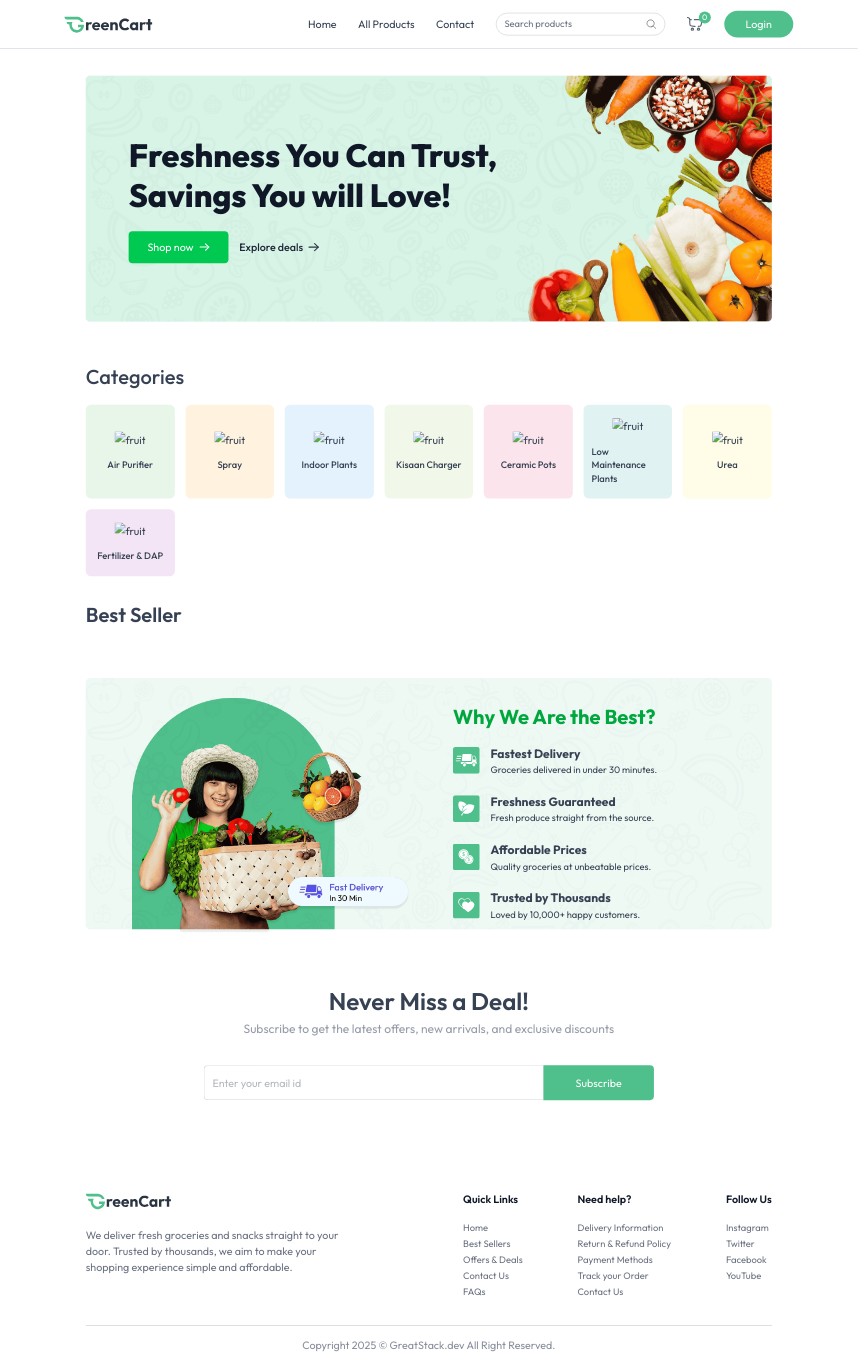
Repository: deepak445566/agro
Page: / (app in client/)
These files come from the project's save history. The page is drawn as it stood at one moment and after the next save; the edit follows.
The browser window is 1280 px wide. The pictures show the whole page, at 67% of full size.
The page's requests for data from a server got no answer. Some web fonts or font styles are not loaded; a fallback is used. The project was rebuilt for these pictures with package versions that can differ from the ones it lists, and the page was loaded fresh each time. No one was signed in, and anything a server would have sent is missing. Also part of the build but not shown: client/vite.config.js, client/src/components/ProductCard.jsx, client/src/components/Login.jsx, client/src/pages/AllProduct.jsx, client/src/pages/Productcato.jsx, client/src/pages/ProductDetail.jsx, client/src/pages/Cart.jsx, client/src/components/Addaddress.jsx and 7 more.

Above is the page before, as saved 2025-12-14 14:16:56.

### client/index.html
<!doctype html>
<html lang="en">
  <head>
    <meta charset="UTF-8" />
    <link rel="icon" type="image/svg+xml" href="/favicon.svg" />
    <meta name="viewport" content="width=device-width, initial-scale=1.0" />
    <title>Grocery</title>
  </head>
  <body>
    <div id="root"></div>
    <script type="module" src="/src/main.jsx"></script>
  </body>
</html>

### client/src/main.jsx
import { StrictMode } from 'react'
import { createRoot } from 'react-dom/client'
import './index.css'
import App from './App.jsx'
import {BrowserRouter} from 'react-router-dom'
import { AppContextProvider } from './context/AppContext.jsx'


createRoot(document.getElementById('root')).render(
  <BrowserRouter>
  <AppContextProvider>
    <App />
    </AppContextProvider>
 </BrowserRouter>,
)

### client/src/index.css



@import url('https://fonts.googleapis.com/css2?family=Anton&family=Archivo+Black&family=Bebas+Neue&family=Bungee&family=Exo+2:ital,wght@0,100..900;1,100..900&family=Frijole&family=Kaushan+Script&family=Lilita+One&family=Mozilla+Headline:wght@200..700&family=Outfit:wght@100..900&family=Poppins:ital,wght@0,100;0,200;0,300;0,400;0,500;0,600;0,700;0,800;0,900;1,100;1,200;1,300;1,500;1,600;1,700;1,800;1,900&family=Rowdies:wght@300;400;700&family=Signika+Negative:wght@300..700&display=swap');

@import "tailwindcss";

*{
  font-family: "Outfit", sans-serif;
}
@theme {
  --color-primary:#4fbf8b;
  --color-primary-dull: #44ae7c;
}

### client/src/App.jsx
import React from 'react'
import Navbar from './components/Navbar'
import Home from './pages/Home'
import { Route, Routes, useLocation } from 'react-router-dom'
import { Toaster } from 'react-hot-toast';
import Footer from './components/Footer';
import { useAppContext } from './context/AppContext';
import Login from './components/Login';
import AllProduct from './pages/AllProduct';
import Productcato from './pages/Productcato';
import ProductDetail from './pages/ProductDetail';
import Cart from './pages/Cart';
import Addaddress from './components/Addaddress';
import Myorders from './pages/Myorders';
import SellerLogin from './components/seller/SellerLogin';
import SellerLayout from './pages/seller/SellerLayout';
import Addproduct from './pages/seller/Addproduct';
import ProductList from './pages/seller/ProductList';
import Order from './pages/seller/Order';
import Loading from './components/Loading';

function App() {

  const isSellerPath = useLocation().pathname.includes("seller");
const {showLogin,isSeller} =useAppContext();


  return (
  <>
  <div className='text-default min-h-screen text-gray-700 bg-white'>
{isSellerPath ? null : <Navbar/>}
{showLogin ? <Login/> : null}
<Toaster></Toaster>
<div className={` ${isSellerPath ? " ":"px-6 md:px-16 lg:px-24 xl:px-32" }`}>
  <Routes>
    <Route path='/' element={<Home/>}/>
    <Route path='/products' element={<AllProduct/>}/>
    <Route path='/products/:category' element={<Productcato/>}/>
    <Route path='/products/:category/:id' element={<ProductDetail/>}/>
  <Route path='/cart' element={<Cart/>}/>
  <Route path='/add-address' element={<Addaddress/>}/>
  <Route path='/myOrders' element={<Myorders/>}/>
<Route path="/loader" element={<Loading/>}/>



  <Route path='/seller' element={isSeller?<SellerLayout/> :<SellerLogin/>}>
  <Route index element={isSeller?<Addproduct/>:null} />
<Route path='product-list' element={isSeller?<ProductList/>:null} />
<Route path='orders' element={<Order/>}/>



  </Route>


  </Routes>
</div>
 {!isSellerPath && <Footer />}
</div>
  </>
  )
}

export default App

### client/src/context/AppContext.jsx
import { createContext, useContext, useEffect, useState } from "react";
import { useNavigate } from "react-router-dom";

import toast from "react-hot-toast";
import axios from "axios";


axios.defaults.withCredentials = true;
axios.defaults.baseURL = import.meta.env.VITE_BACKEND_URL;






export const AppContext = createContext();

export const AppContextProvider = ({ children }) => {
  const navigate = useNavigate();

  const [user, setUser] = useState(null);
  const [isSeller, setIsSeller] = useState(false);
  const [showLogin, setShowLogin] = useState(false);
  const [products, setProducts] = useState([]);
  const [cartItems, setCartItems] = useState({});
  const [search, setSearch] = useState({});

  //status//
  const fetchSeller = async () =>{
    try {
      const {data} = await axios.get("/api/seller/isauth");
      if(data.success){
        setIsSeller(true);
      }
      else{
        setIsSeller(false);
      }
    } catch (error) {
      setIsSeller(false);
    }
  }



  const fetchUser = async ()=>{
    try {
      const {data} = await axios.get('/api/user/isauth');
      if(data.success){
        setUser(data.user)
        setCartItems(data.user.cartItems)

      }
    } catch (error) {
      setUser(null)
    }
  }


  // Fetch products
  const fetchProducts = async () => {
   try{
const {data} = await axios.get("/api/product/list")
if(data.success){
  setProducts(data.products)
}else{
  toast.error(data.message)
}
   }catch(error){
toast.error(error.message)
   }
  };

  // Add to cart
  const addToCart = (itemId) => {
    let cartData = structuredClone(cartItems);
    if (cartData[itemId]) {
      cartData[itemId] += 1;
    } else {
      cartData[itemId] = 1;
    }
    setCartItems(cartData);
    console.log(cartItems);
    toast.success("Added to Cart");
  };

  // Update cart quantity
  const updateCart = (itemId, quantity) => {
    let cartData = structuredClone(cartItems);
    if (quantity <= 0) {
      delete cartData[itemId];
    } else {
      cartData[itemId] = quantity;
    }
    setCartItems(cartData);
  };

  // Remove product from cart completely
  const removeFromCart = (itemId) => {
    let cartData = structuredClone(cartItems);
    if (cartData[itemId]) {
      delete cartData[itemId];
      setCartItems(cartData);
      toast.success("Removed from Cart");
    }
  };

  const getcount = () => {
    let totalcount = 0;
    for (const item in cartItems) {
      totalcount += cartItems[item];
    }
    return totalcount;
  };

  const gettotal = () => {
    let totalAmount = 0;
    for (const itemId in cartItems) {
      let itemInfo = products.find((pro) => pro._id === itemId);
      if (itemInfo && cartItems[itemId] > 0) {
        totalAmount += itemInfo.offerPrice * cartItems[itemId]; // ✅ fixed property name
      }
    }
    return Math.floor(totalAmount * 100) / 100;
  };

  useEffect(() => {
    fetchSeller()
    fetchUser()
    fetchProducts()
  }, []);
//databasecrt items//
useEffect(()=>{
const updateCart = async () => {
  try {
    const { data } = await axios.post('/api/cart/update', {
      userId: user._id,   // make sure user object has _id
      cartItems
    });
    if (!data.success) {
      toast.error(data.message);
    }
  } catch (error) {
    toast.error(error.message);
  }
};

if(user){
  updateCart()
}


},[cartItems])



  const value = {
    navigate,
    user,
    setUser,
    isSeller,
    setIsSeller,
    showLogin,
    setShowLogin,
    products,
    addToCart,
    updateCart,
    removeFromCart, // ⬅ new function
    cartItems,
    search,
    setSearch,
    getcount,
    gettotal,
    axios,
    fetchProducts,
    setCartItems
  };

  return <AppContext.Provider value={value}>{children}</AppContext.Provider>;
};

// Custom hook
export const useAppContext = () => {
  return useContext(AppContext);
};

### client/src/components/Navbar.jsx
import React, { useEffect } from 'react'
import { NavLink } from 'react-router-dom'
import { assets } from '../assets/assets'
import { useAppContext } from '../context/AppContext'
import toast from 'react-hot-toast'
function Navbar() {
     const [open, setOpen] = React.useState(false)
     const {user,setUser,setShowLogin,navigate,setSearch,search,getcount,axios}= useAppContext();

     useEffect(()=>{
if(search.length>0){
  navigate("/products")
}
     },[search])


     const Logout=async()=>{

      try{
const {data} = await axios.get("/api/user/logout")
if(data.success){
  toast.success(data.message)
     setUser(null);
      navigate('/')
}else{
  toast.error(data.message)
}
      }catch(error){
toast.error(error.message)
      }

     }
  return (
  <>
 <nav className="flex items-center justify-between px-6 md:px-16 lg:px-24  py-4 border-b border-gray-300 bg-white relative transition-all z-40">

          <NavLink to='/' onClick={()=>setOpen(false)}>
            <img src={assets.logo}/>
          </NavLink>

            {/* Desktop Menu */}
            <div className="hidden sm:flex items-center gap-8">
              <NavLink to="/">Home</NavLink>
                <NavLink to="/products">All Products</NavLink>
                  <NavLink to="/">Contact</NavLink>

                <div className="hidden lg:flex items-center text-sm gap-2 border border-gray-300 px-3 rounded-full">
                    <input onChange={(e)=>setSearch(e.target.value)} className="py-1.5 w-full bg-transparent outline-none placeholder-gray-500" type="text" placeholder="Search products" />
                   <img src={assets.search_icon} className='w-4 h-4'/>
                </div>

                <div onClick={()=>navigate("/cart")} className="relative cursor-pointer ">
                   <img src={assets.nav_cart_icon} className='w-6 opacity-80'/>
                    <button className="absolute -top-2 -right-3 text-xs text-white bg-primary w-[18px] h-[18px] rounded-full">{getcount()}</button>
                </div>

                {!user ? (<button onClick={()=>setShowLogin(true)} className="cursor-pointer px-8 py-2 bg-primary hover:bg-primary-dull transition text-white rounded-full">
                    Login
                </button>):(
                  <div className='relative group'>

                    <img src={assets.profile_icon} className='w-10'/>
                    <ul className='hidden group-hover:block absolute top-10 right-0 bg-white shadow border border-gray-200  py-2.5 w-30 rounded-md text-sm z-40'>
                      <li onClick={()=>navigate("myOrders")} className='p-1.5 pl-3 hover:bg-primary/10 cursor-pointer'>
                        My Orders
                      </li>
                      <li onClick={()=>Logout()} className='p-1.5 pl-3 hover:bg-primary/10 cursor-pointer'>Logout</li>
                    </ul>
                  </div>
                )}
            </div>
<div className='flex items-center gap-6 sm:hidden'>

                <div onClick={()=>navigate("/cart")} className="relative cursor-pointer ">
                   <img src={assets.nav_cart_icon} className='w-6 opacity-80'/>
                    <button className="absolute -top-2 -right-3 text-xs text-white bg-primary w-[18px] h-[18px] rounded-full">{getcount()}</button>
                </div>
    <button onClick={() => open ? setOpen(false) : setOpen(true)} aria-label="Menu" >
                {/* Menu Icon SVG */}
              <img src={assets.menu_icon}/>
            </button>
</div>


            {/* Mobile Menu */}
            <div className={`${open ? 'flex' : 'hidden'} absolute top-[60px] left-0 w-full bg-white shadow-md py-4 flex-col items-start gap-2 px-5 text-sm md:hidden`}>
              <NavLink to="/" onClick={()=>setOpen(false)}>Home</NavLink>
                       <NavLink to="/products" onClick={()=>setOpen(false)}>All Products</NavLink>
                       {user &&
                             <NavLink to="/products" onClick={()=>setOpen(false)}>My Orders</NavLink>}

              <NavLink to="/" onClick={()=>setOpen(false)}>Contact</NavLink>


              {!user?( <button          onClick={()=>{setOpen(false), setShowLogin(true)}}

              className="cursor-pointer px-6 py-2 mt-2 bg-primary hover:bg-primary-dull transition text-white rounded-full text-sm">

                    Login
                </button>):( <button onClick={()=>Logout()} className="cursor-pointer px-6 py-2 mt-2 bg-primary hover:bg-primary-dull transition text-white rounded-full text-sm">
                    Logout
                </button>)}

            </div>

        </nav>
  </>
  )
}

export default Navbar

### client/src/pages/Home.jsx
import React from 'react'

import MainBanner from '../components/MainBanner'
import Categories from '../components/Categories'
import BestSeller from '../components/BestSeller'
import BottomBanner from '../components/BottomBanner'
import NewsLetter from '../components/NewsLetter'

export default function() {
  return (
   <>
   <div className='mt-10'>
    <MainBanner/>
    <Categories/>
    <BestSeller/>
    <BottomBanner/>
    <NewsLetter/>

   </div>
   </>
  )
}

### client/src/components/Footer.jsx
import React from 'react'
import { assets, footerLinks } from '../assets/assets'

function Footer() {
  return (
 <>
  <div className="px-6 md:px-16 lg:px-24 xl:px-32 mt-24">
            <div className="flex flex-col md:flex-row items-start justify-between gap-10 py-10 border-b border-gray-500/30 text-gray-500">
                <div>
                    <img className="w-34 md:w-32" src={assets.logo} alt="dummyLogoColored" />
                    <p className="max-w-[410px] mt-6">We deliver fresh groceries and snacks straight to your door. Trusted by thousands, we aim to make your shopping experience simple and affordable.</p>
                </div>
                <div className="flex flex-wrap justify-between w-full md:w-[45%] gap-5 ">
                    {footerLinks.map((section, index) => (
                        <div key={index}>
                            <h3 className="font-semibold text-base text-gray-900 md:mb-5 mb-2">{section.title}</h3>
                            <ul className="text-sm space-y-1">
                                {section.links.map((link, i) => (
                                    <li key={i}>
                                        <a href={link.url} className="hover:underline transition">{link.text}</a>
                                    </li>
                                ))}
                            </ul>
                        </div>
                    ))}
                </div>
            </div>
            <p className="py-4 text-center text-sm md:text-base text-gray-500/80">
                Copyright 2025 © <a href="https://prebuiltui.com">GreatStack.dev</a> All Right Reserved.
            </p>
        </div>

 </>
  )
}

export default Footer

### client/src/components/MainBanner.jsx
import React from "react";
import { assets } from "../assets/assets";
import { Link } from "react-router-dom";

function MainBanner() {
  return (
    <div className="relative w-full">
      {/* Banner image */}
      <img
        src={assets.main_banner_bg}
        alt="Main banner"
        className="w-full hidden md:block"
      />
      <img
        src={assets.main_banner_bg_sm}
        alt="Main banner mobile"
        className="w-full md:hidden"
      />

      {/* Overlay content */}
      <div className="absolute inset-0 flex flex-col justify-center md:items-start items-center px-6 md:px-16 mt-96 lg:mt-0 md:mt-0">
        <h1 className="text-2xl md:text-5xl font-extrabold text-gray-900 leading-snug md:leading-tight max-w-xl text-center md:text-left md:text-2xl">
          Freshness You Can Trust, Savings You will Love!
        </h1>

        {/* Buttons */}
        <div className="mt-6 flex flex-col md:flex-row items-center  md:justify-start gap-4">
          <Link
            to="/products"
            className="flex items-center gap-2 px-7 py-3 bg-green-500 hover:bg-green-600 text-white rounded-md transition"
          >
            Shop now
            <img
              src={assets.white_arrow_icon}
              alt="arrow"
              className="w-4 h-4"
            />
          </Link>

          {/* Second button only visible on desktop */}
          <Link
            to="/products"
            className="hidden md:flex items-center gap-2 i text-gray-800 font-medium hover:gap-3 transition"
          >
            Explore deals
            <img
              src={assets.black_arrow_icon}
              alt="arrow"
              className="w-4 h-4"
            />
          </Link>
        </div>
      </div>
    </div>
  );
}

export default MainBanner;

### client/src/components/Categories.jsx
import React from "react";
import { assets, categories } from "../assets/assets";
import { useAppContext } from "../context/AppContext";

function Categories() {
  const { navigate } = useAppContext();
  return (
    <div className="mt-16">
      <p className="text-2xl md:text-3xl font-medium mb-6">Categories</p>

      <div className="grid grid-cols-2 sm:grid-cols-3 md:grid-cols-5 lg:grid-cols-6 xl:grid-cols-7 gap-4">
        {categories.map((cato, index) => (
          <div
            key={index}
            className="group cursor-pointer py-5 px-3 gap-2 rounded-lg flex flex-col justify-center items-center  "
            style={{ backgroundColor: cato.bgColor }}
            onClick={() => {
              navigate(`/products/${cato.path.toLowerCase()}`);
              scrollTo(0, 0);
            }}
          >
            <img
              src={cato.image}
              alt="fruit"
              className="transition-transform duration-300 group-hover:scale-110 max-w-28"
            />
            <p className="text-sm font-medium mt-2">{cato.text}</p>
          </div>
        ))}
        {/* Category Item */}
      </div>
    </div>
  );
}

export default Categories;

### client/src/components/BestSeller.jsx
import React from "react";
import ProductCard from "./ProductCard";
import { useAppContext } from "../context/AppContext";

function BestSeller() {
  const { products } = useAppContext();

  return (
    <div className="mt-10">
      {/* Heading */}
      <p className="text-2xl md:text-3xl font-semibold mb-4">
        Best Seller
      </p>

      {/* Products Grid */}
      <div className="grid grid-cols-2 sm:grid-cols-3 md:grid-cols-4 lg:grid-cols-5 gap-4 lg:gap-6">
        {products
          .filter((item) => item.inStock)
          .slice(0, 5)
          .map((item) => (
            <ProductCard key={item._id} product={item} />
          ))}
      </div>
    </div>
  );
}

export default BestSeller;

### client/src/components/BottomBanner.jsx
import React from "react";
import { assets, features } from "../assets/assets";

function BottomBanner() {
  return (
    <div className="relative w-full mt-15">
      {/* Desktop Background Image */}
      <img
        src={assets.bottom_banner_image}
        alt="Woman with groceries"
        className="w-full h-auto object-cover hidden md:block"
      />

      {/* Mobile Background Image */}
      <img
        src={assets.bottom_banner_image_sm}
        alt="Woman with groceries"
        className="w-full h-auto object-cover md:hidden"
      />

      {/* Overlay Text */}
      <div className="absolute inset-0 flex flex-col justify-center px-4 sm:px-6 md:px-12">
        <div className="max-w-6xl mx-auto grid grid-cols-1 md:grid-cols-2 gap-6 items-center">

          {/* Left Empty Space for Desktop */}
          <div className="hidden md:block"></div>

          {/* Right Section - Text */}
        <div className=" p-2 sm:p-6 rounded-lg md:rounded-none -mt-[16rem] sm:-mt-8 md:mt-5">
            <h2 className="text-2xl sm:text-3xl font-bold text-green-600 mb-4 sm:mb-6 text-center md:text-left">
              Why We Are the Best?
            </h2>

            <div className="space-y-4 sm:space-y-6">
              {features.map((item, index) => (
                <div
                  key={index}
                  className="flex flex-row items-start space-x-3 sm:space-x-4"
                >
                  <img
                    src={item.icon}
                    alt={item.title}
                    className="w-8 h-8 sm:w-10 sm:h-10 mt-1"
                  />
                  <div>
                    <h3 className="font-bold text-base sm:text-lg">{item.title}</h3>
                    <p className="text-gray-700 text-sm">{item.description}</p>
                  </div>
                </div>
              ))}
            </div>
          </div>

        </div>
      </div>
    </div>
  );
}

export default BottomBanner;

### client/src/components/NewsLetter.jsx
import React from 'react'

function NewsLetter() {
  return (
   <div className="flex flex-col items-center justify-center text-center space-y-2 mt-20">
            <h1 className="md:text-4xl text-2xl font-semibold">Never Miss a Deal!</h1>
            <p className="md:text-lg text-gray-500/70 pb-8">
                Subscribe to get the latest offers, new arrivals, and exclusive discounts
            </p>
            <form className="flex items-center justify-between max-w-2xl w-full md:h-13 h-12">
                <input
                    className="border border-gray-300 rounded-md h-full border-r-0 outline-none w-full rounded-r-none px-3 text-gray-500"
                    type="text"
                    placeholder="Enter your email id"
                    required
                />
                <button type="submit" className="md:px-12 px-8 h-full text-white bg-primary hover:bg-primary-dull transition-all cursor-pointer rounded-md rounded-l-none">
                    Subscribe
                </button>
            </form>
        </div>

  )
}

export default NewsLetter

Loaded but not shown: client/src/assets/assets.js (194 lines, source omitted)

After the next save:
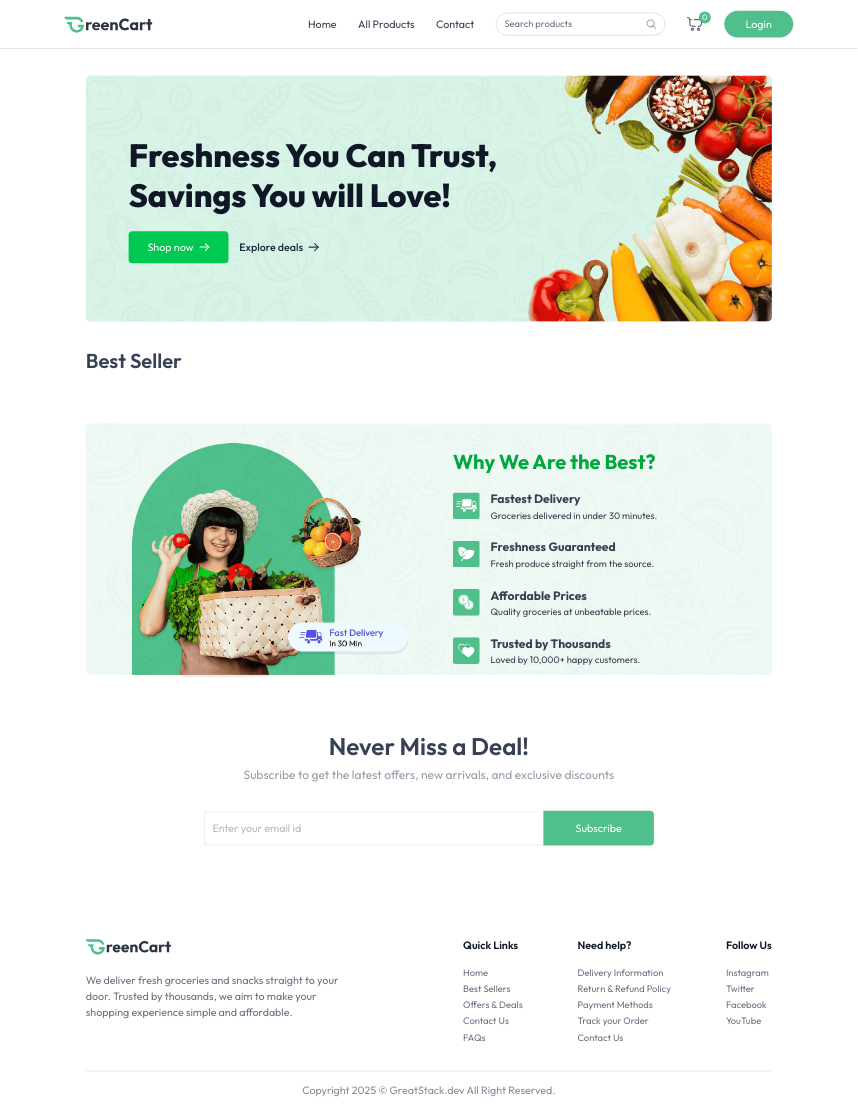
Saved 25 s later.
--- a/client/src/pages/Home.jsx
+++ b/client/src/pages/Home.jsx
@@ -11,7 +11,7 @@
    <>
    <div className='mt-10'>
     <MainBanner/>
-    <Categories/>
+
     <BestSeller/>
     <BottomBanner/>
     <NewsLetter/>
